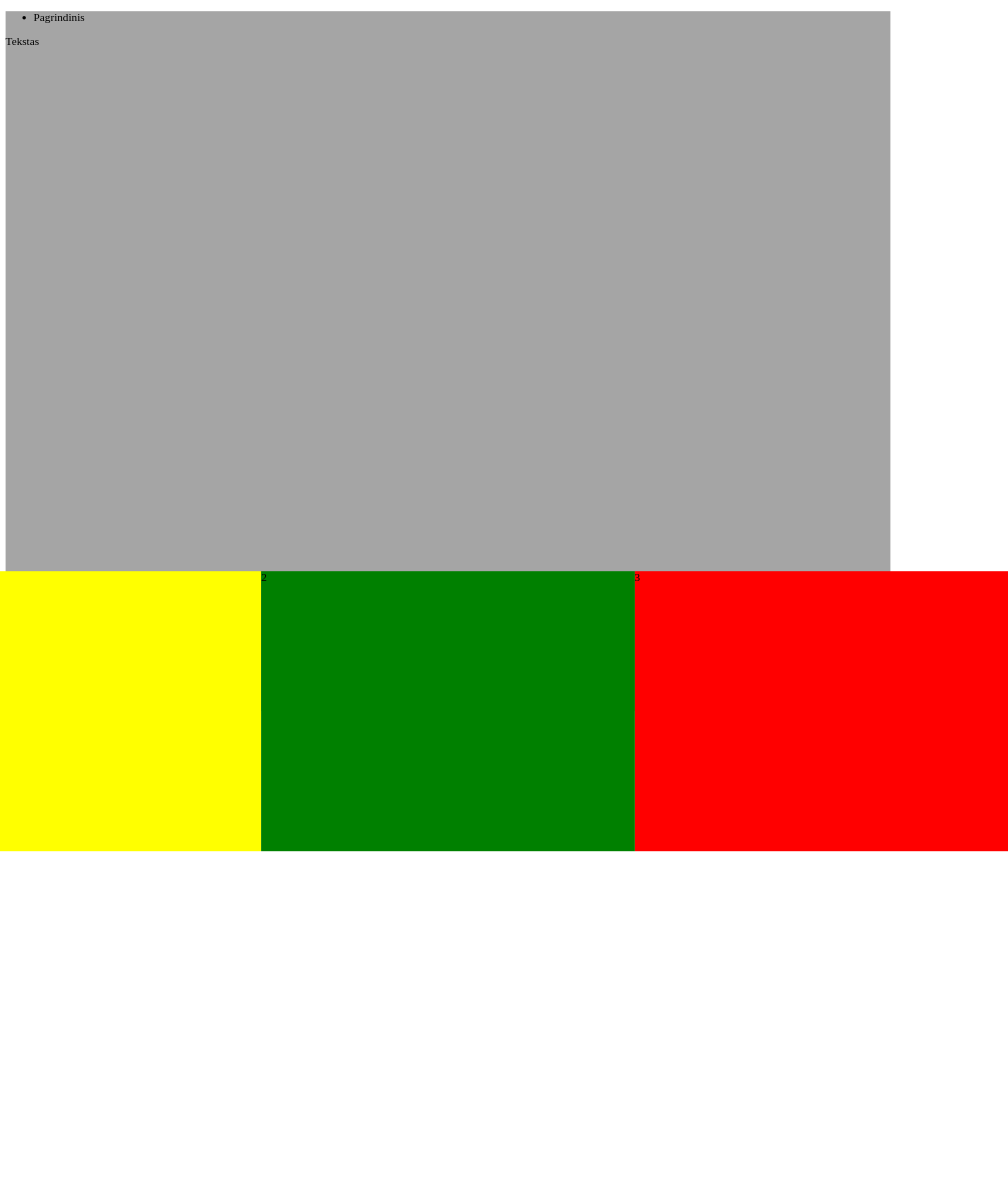
Repository: motiejus1/13-paskaita-05.31
Page: index.html
An editor plug-in stored every save of this project. The page is shown before and after a run of saves, followed by the edit.
The browser window is 1280 px wide. The page is 1440 px wide, so the pictures cover 1440 px, including what lies to the right of the window. The pictures show the part of the page from y = 0 to 1720 px (the page is 5050 px tall before and 5086 px after), at 70% of full size.

Above is the page before, as saved 2021-06-21 19:57:03.

### index.html
<!DOCTYPE html>
<html lang="en">
<head>
    <meta charset="UTF-8">
    <meta http-equiv="X-UA-Compatible" content="IE=edge">
    <meta name="viewport" content="width=device-width, initial-scale=1.0">
    <title>13 paskaita</title>
    <style>
        .container {
            height: 1000px;
            background-color: rgb(165, 165, 165) ;
            /* z-index: 2 ;  */
            position: relative;
        }

        .kvadratai {
            width: 1600px;
            position:absolute;
            left: 50%;
            transform: translate(-50%, -50%);
            top: 100%;
        }

        .kvadratas {
            width: 33.33%;
            height: 400px;
            float:left;

        }

        .footer {
            height: 5000px;
        }

        .zalia {
            background-color: green;
        }

        .geltona {
            background-color: yellow;
        }

        .raudona {
            background-color: red;
        }

        .kvadratelis {
            width: 50px;
            height: 50px;
            background-color: red;
            position:relative;
            /* z-index: 1; */

        }

        .container1 {
            height: 400px;
            background-color: rgb(126, 100, 100) ;
        }
    </style>


</head>

<body>
<!-- position relative ir position absolute -->

<!-- position relative  -->

<div class="container">

    <div class="menu">
        <ul>
            <li>Pagrindinis</li>
        </ul>
    </div>

    <div class="kvadratai">
        <div class="kvadratas geltona">1</div>
        <div class="kvadratas zalia">2</div>
        <div class="kvadratas raudona">3</div>
    </div>

    <div class="footer">
        Tekstas
    </div>


</div>



</body>
</html>

After the next 2 saves:
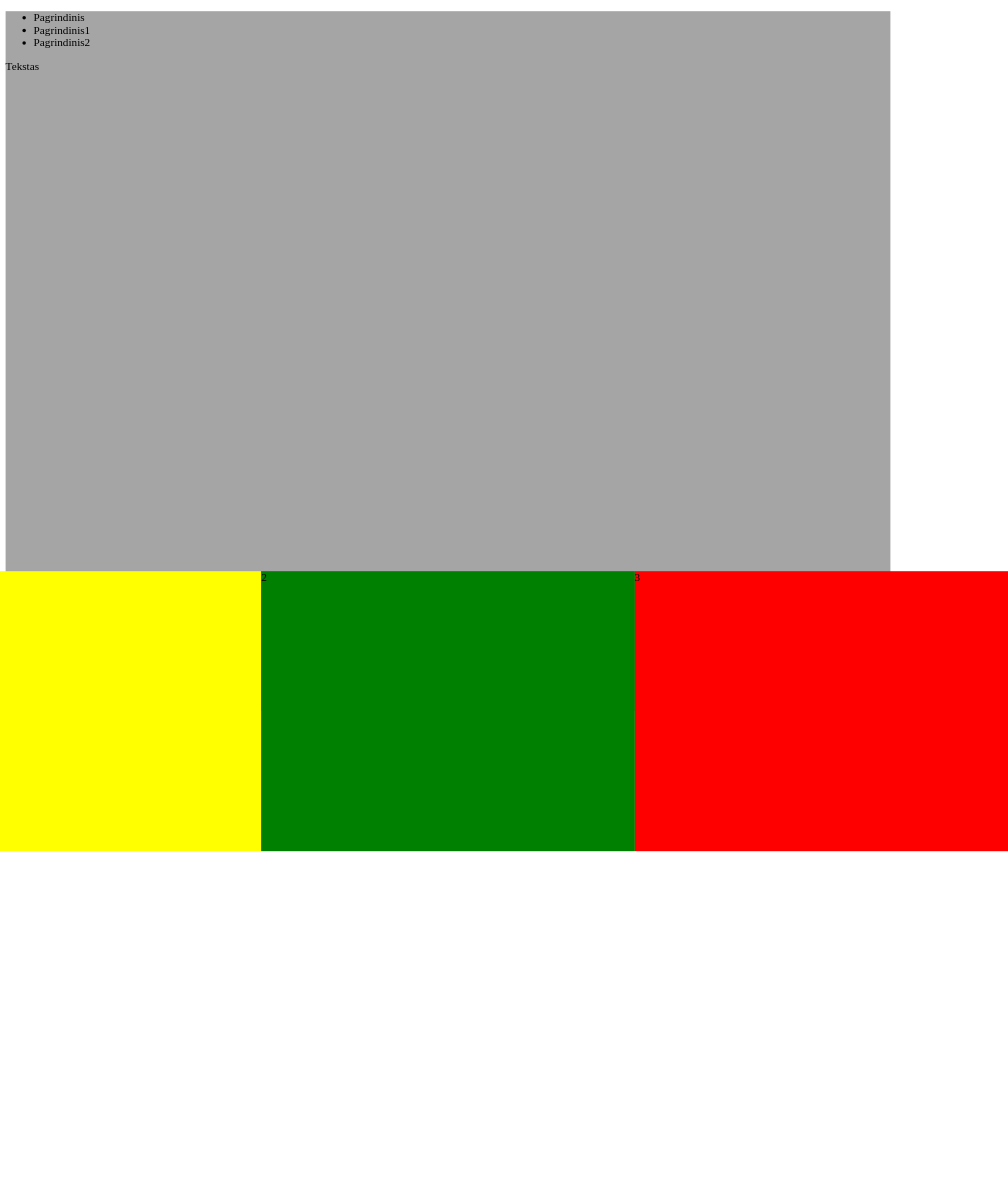
The 2 saves are shown as one change because they came seconds apart.
The last was saved 7 s later.
--- a/index.html
+++ b/index.html
@@ -72,6 +72,8 @@
     <div class="menu">
         <ul>
             <li>Pagrindinis</li>
+            <li>Pagrindinis1</li>
+            <li>Pagrindinis2</li>
         </ul>
     </div>
 
